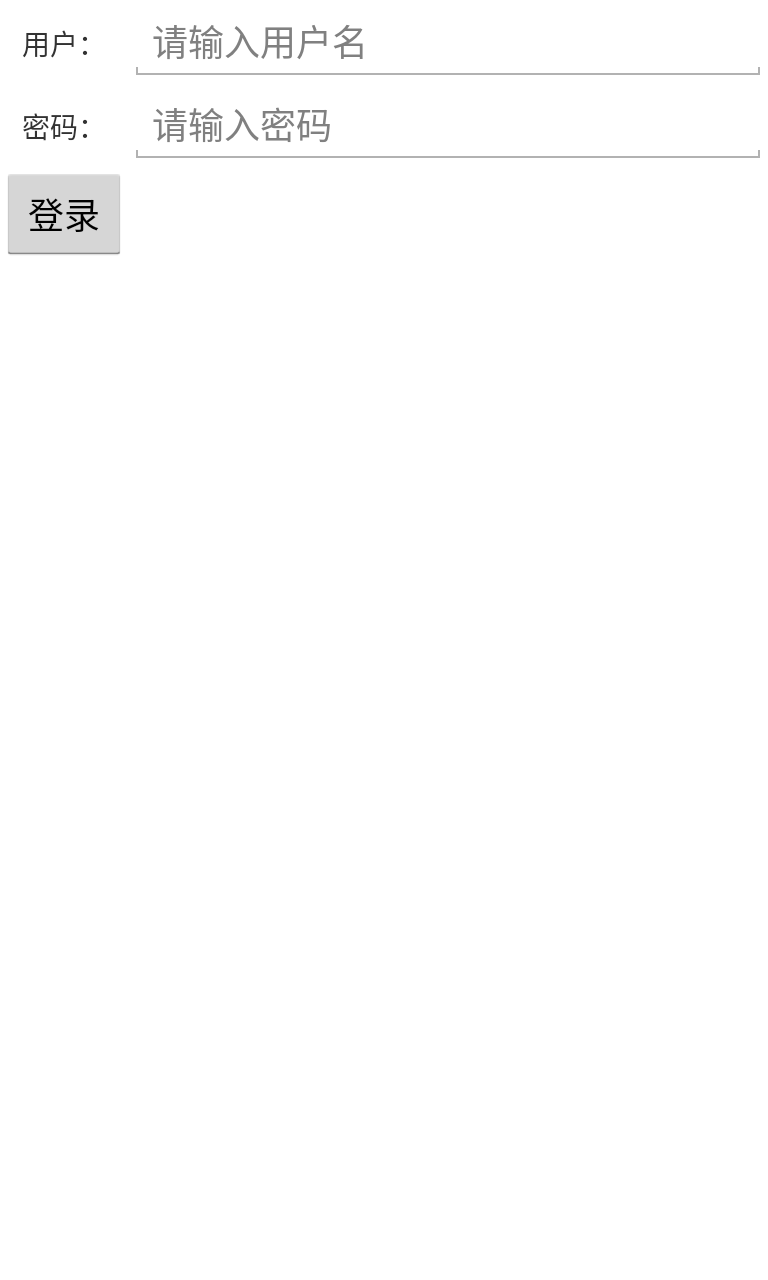
Repository: jinpp/Android
Layout: UILayoutTest/res/layout/talblelayout.xml
These files come from the project's save history. The layout is drawn as it stood at one moment and after a run of saves; the edit follows.
It is drawn on a 768 x 1280 px phone screen (xhdpi) without system bars, with theme AppTheme; the app's code is not run.

Above is the layout before, as saved 2016-11-17 01:14:32.

### UILayoutTest/res/layout/talblelayout.xml
<?xml version="1.0" encoding="utf-8"?>
<TableLayout xmlns:android="http://schemas.android.com/apk/res/android"
    android:layout_width="match_parent"
    android:layout_height="match_parent" >

    <TableRow>

        <TextView
            android:id="@+id/user"

            android:layout_height="wrap_content"
            android:gravity="center"
            android:text="用户：" />

        <EditText
            android:id="@+id/inputuser"

            android:layout_height="wrap_content"
            android:layout_weight="1"
            android:hint="请输入用户名" />
    </TableRow>

    <TableRow>

        <TextView
            android:id="@+id/password"

            android:layout_height="wrap_content"
            android:gravity="center"
            android:text="密码：" />

        <EditText
            android:id="@+id/inputpword"

            android:layout_height="wrap_content"
            android:layout_weight="1"
            android:hint="请输入密码" />
    </TableRow>

    <TableRow>

        <Button
            android:id="@+id/login"
            android:layout_width="wrap_content"
            android:layout_height="wrap_content"
            android:layout_gravity="center"
            android:text="登录" />
    </TableRow>

</TableLayout>

Loaded but not shown: UILayoutTest/res/values/styles.xml (common file); UILayoutTest/res/values-v11/styles.xml (common file); UILayoutTest/res/values-v14/styles.xml (common file)

After the next 2 saves:
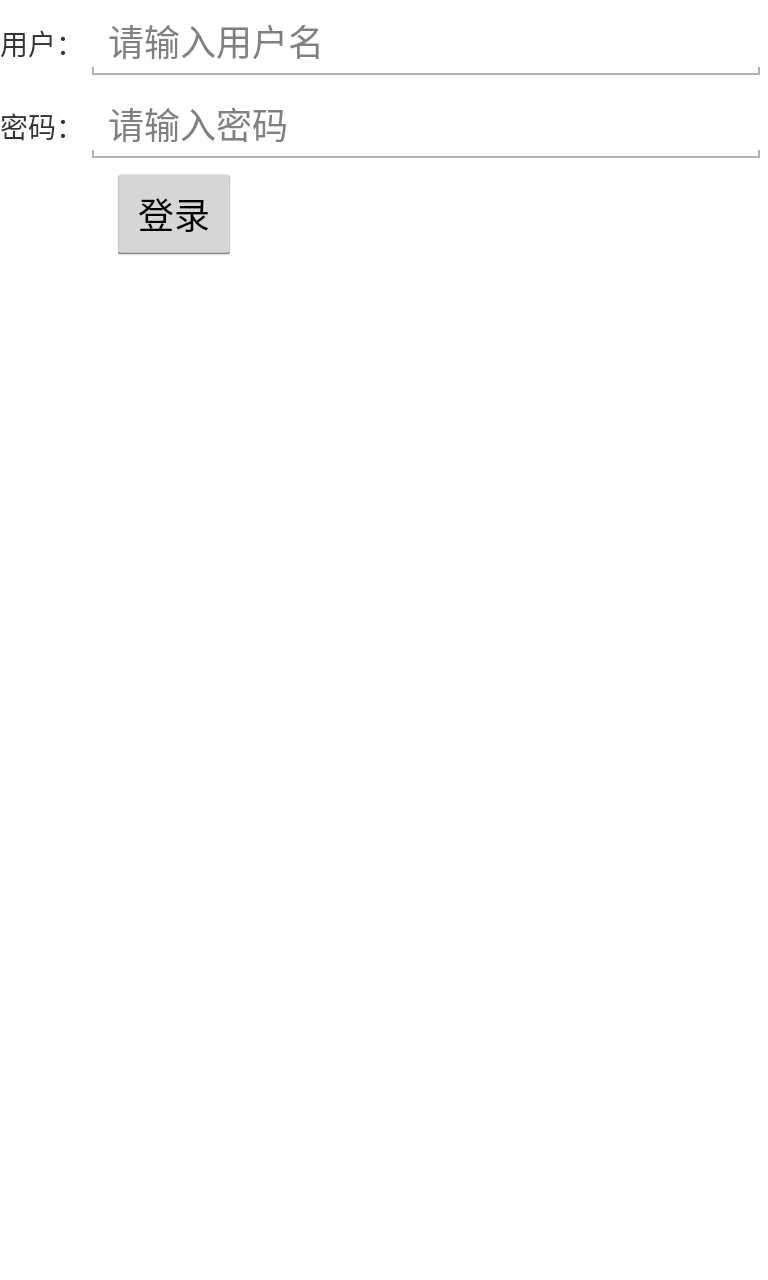
The 2 saves are shown as one change because they came seconds apart.
The last was saved 98 s later.
--- a/UILayoutTest/res/layout/talblelayout.xml
+++ b/UILayoutTest/res/layout/talblelayout.xml
@@ -7,14 +7,12 @@
 
         <TextView
             android:id="@+id/user"
-
             android:layout_height="wrap_content"
             android:gravity="center"
             android:text="用户：" />
 
         <EditText
             android:id="@+id/inputuser"
-
             android:layout_height="wrap_content"
             android:layout_weight="1"
             android:hint="请输入用户名" />
@@ -24,14 +22,12 @@
 
         <TextView
             android:id="@+id/password"
-
             android:layout_height="wrap_content"
             android:gravity="center"
             android:text="密码：" />
 
         <EditText
             android:id="@+id/inputpword"
-
             android:layout_height="wrap_content"
             android:layout_weight="1"
             android:hint="请输入密码" />
@@ -41,9 +37,9 @@
 
         <Button
             android:id="@+id/login"
-            android:layout_width="wrap_content"
             android:layout_height="wrap_content"
             android:layout_gravity="center"
+            android:layout_span="2"
             android:text="登录" />
     </TableRow>
 
